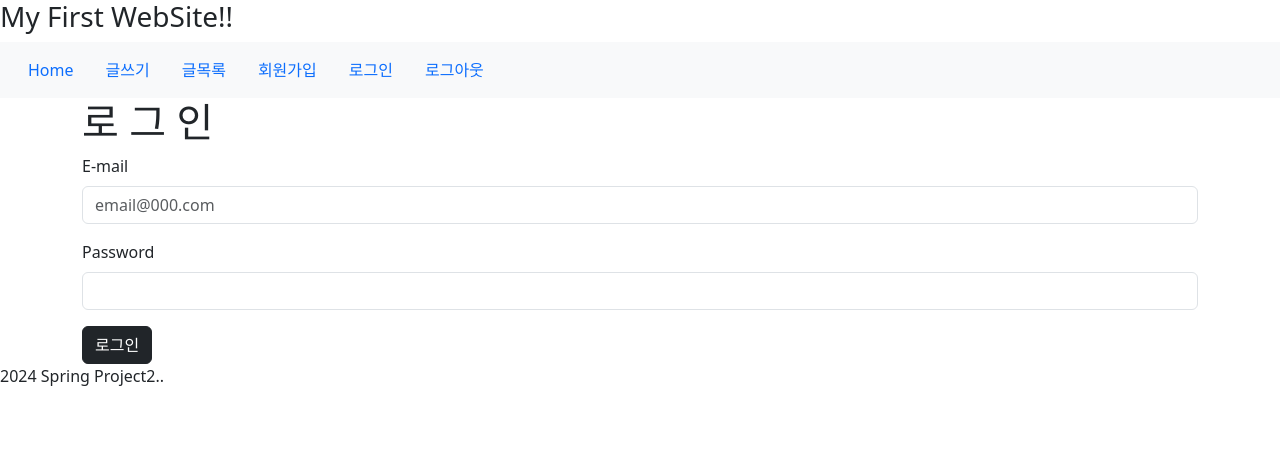
Repository: nefer2/Spring_Study
Page: http://localhost/spring_test2/WEB-INF/views/member/login.jsp
The author's editor kept a copy of each file at every save. The page is drawn from the files as they stood at one save, then again after the next save.
The browser window is 1280 px wide. The pictures show the whole page.
The page is served by Tomcat 9. Nobody is signed in. The template is opened directly, without the code that normally fills it, so the values that code supplies are empty.

Above is the page before, as saved 2024-01-15 02:25:07.

After the next save:
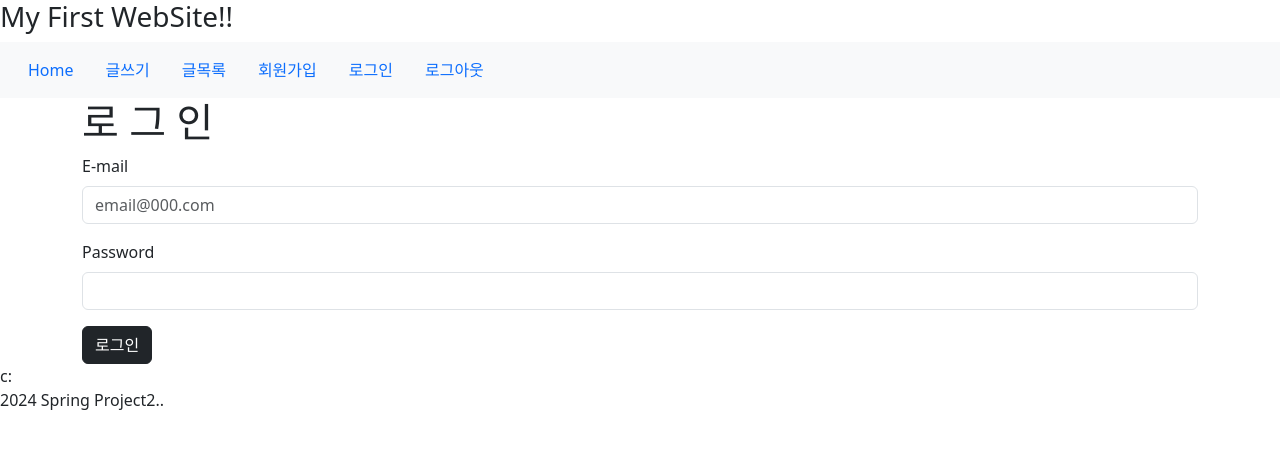
Saved 35 s later.
--- a/spring_test2/src/main/webapp/WEB-INF/views/member/login.jsp
+++ b/spring_test2/src/main/webapp/WEB-INF/views/member/login.jsp
@@ -1,5 +1,6 @@
 <%@ page language="java" contentType="text/html; charset=UTF-8"
     pageEncoding="UTF-8"%>
+<%@ taglib uri="http://java.sun.com/jsp/jstl/core" prefix="c" %>
 
 <jsp:include page="../layout/header.jsp"></jsp:include>
 <jsp:include page="../layout/navbar.jsp"></jsp:include>
@@ -20,4 +21,6 @@
 </form>
 </div>
 
+c:
+
 <jsp:include page="../layout/footer.jsp"></jsp:include>

After the save that followed:
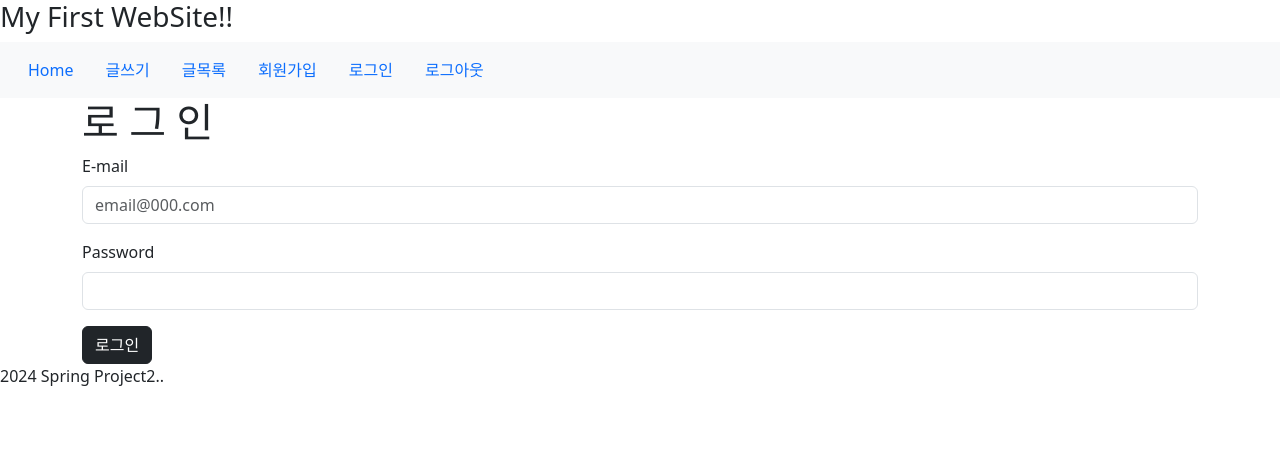
Saved 21 s later.
--- a/spring_test2/src/main/webapp/WEB-INF/views/member/login.jsp
+++ b/spring_test2/src/main/webapp/WEB-INF/views/member/login.jsp
@@ -21,6 +21,6 @@
 </form>
 </div>
 
-c:
+
 
 <jsp:include page="../layout/footer.jsp"></jsp:include>
